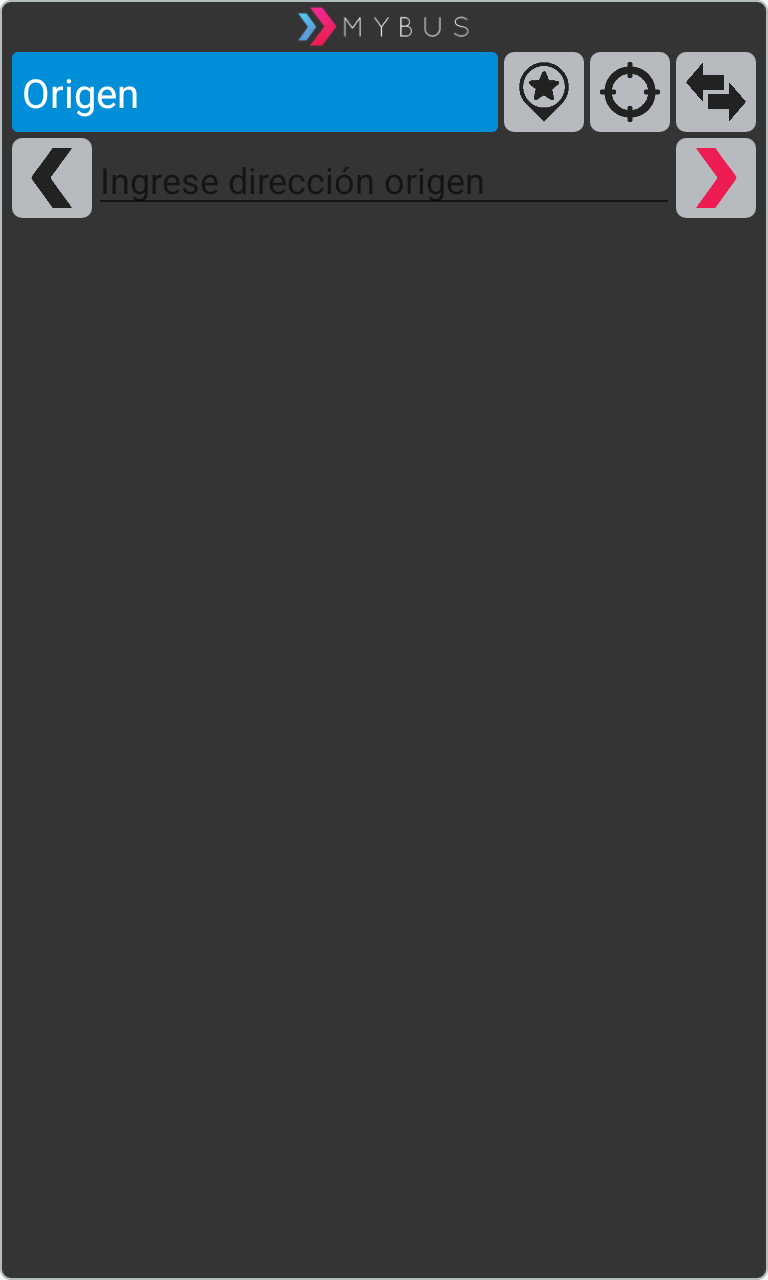
Repository: cooliopas/MyBus
Layout: MyBusAndroid/res/layout/fragment_filters.xml
The author's editor kept a copy of each file at every save. The layout is drawn from the files as they stood at one save, then again after a run of saves.
It is drawn on a 768 x 1280 px phone screen (xhdpi) without system bars, with theme AppTheme; the app's code is not run.

Above is the layout before, as saved 2014-08-30 02:42:19.

After the next 2 saves:
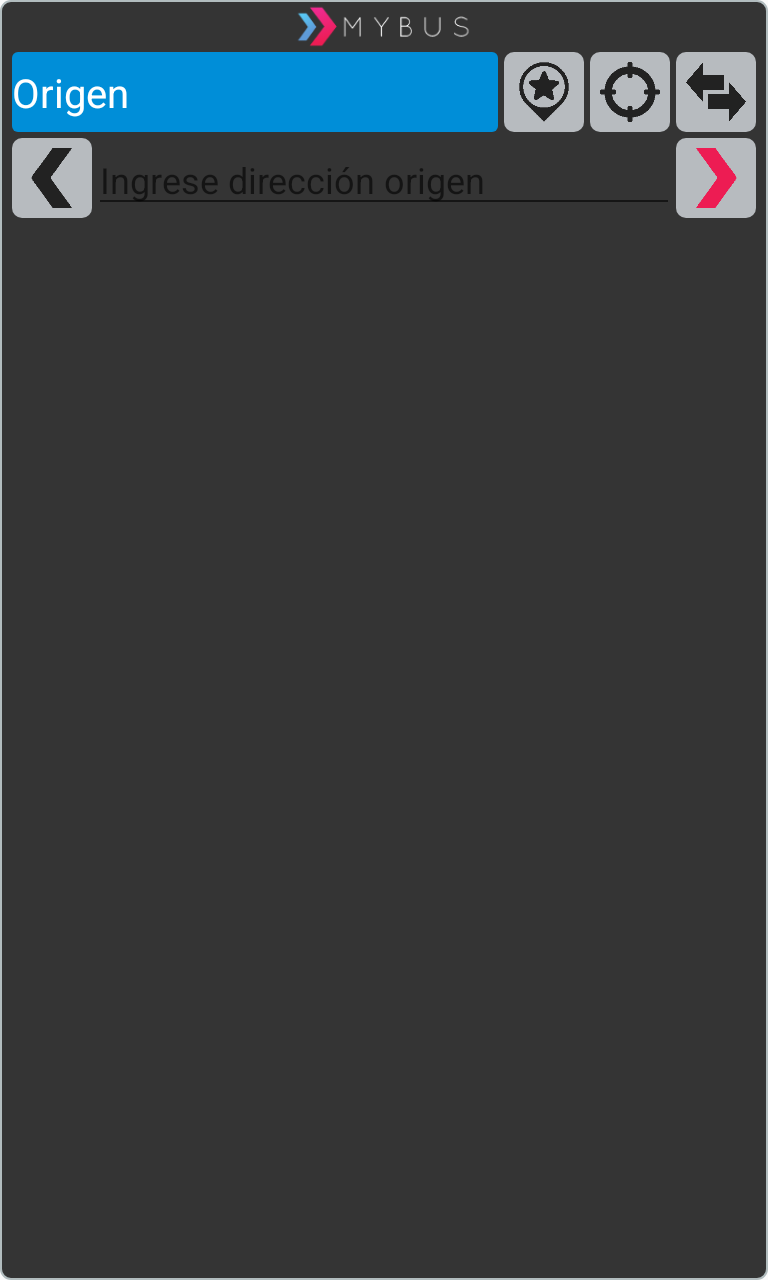
The 2 saves are shown as one change because 1 did not build or start.
The last was saved 17 h 56 min later.
--- a/MyBusAndroid/res/layout/fragment_filters.xml
+++ b/MyBusAndroid/res/layout/fragment_filters.xml
@@ -45,7 +45,6 @@
                 android:id="@+id/tv_orig_dest"
                 android:layout_width="wrap_content"
                 android:layout_height="wrap_content"
-                android:paddingLeft="5dp"
                 android:text="@string/Origin"
                 android:textAppearance="?android:attr/textAppearanceSmall"
                 android:textColor="@color/pure_white"
@@ -178,10 +177,11 @@
                 android:layout_width="match_parent"
                 android:layout_height="match_parent"
                 android:layout_weight="1"
-                android:hint="@string/IngreseDestino"
+
                 android:inputType="textPersonName"
-                android:textColor="@color/white"
+                android:text="TEST"
                 android:typeface="sans" />
+
                 <!-- android:textColorLink="@android:color/holo_blue_light"  -->
 
             <ImageButton
